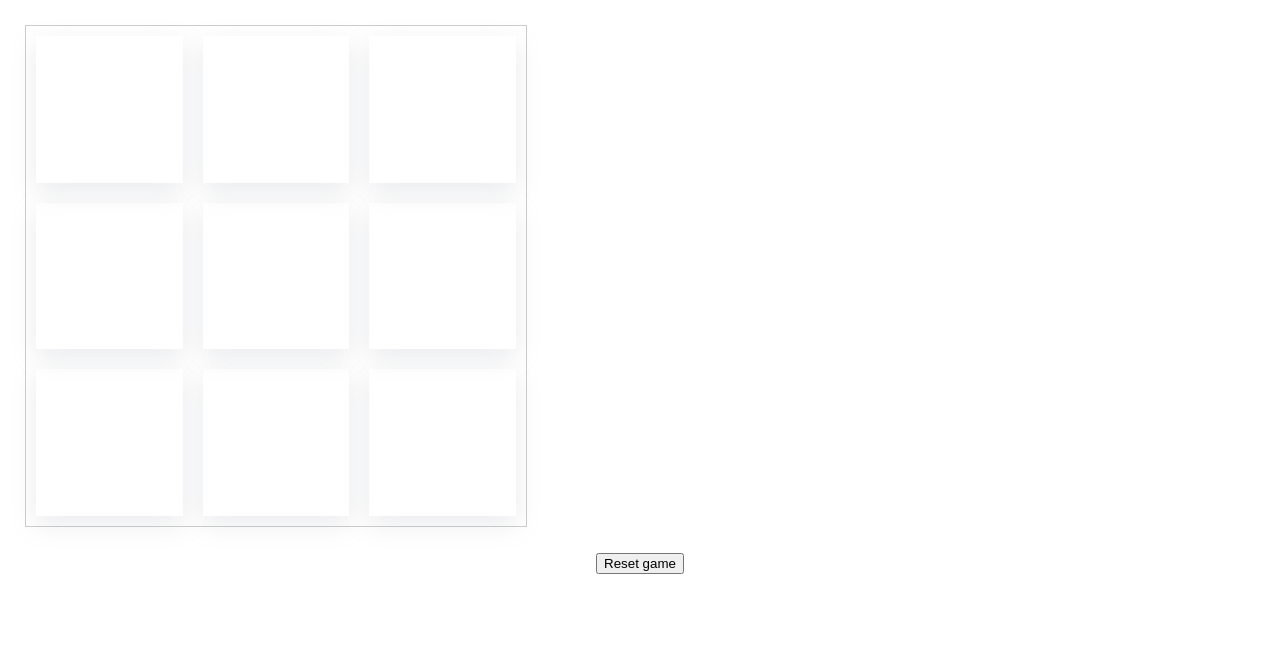
Repository: Phanvangiu/Tictactoe
Page: / (app in tictactoe/)
The author's editor kept a copy of each file at every save. The page is drawn from the files as they stood at one save, then again after the next save.
The browser window is 1280 px wide. The pictures show the whole page.
The project was rebuilt for these pictures with package versions that can differ from the ones it lists, and the page was loaded fresh each time.

Above is the page before, as saved 2023-10-11 10:18:36.

After the next save:
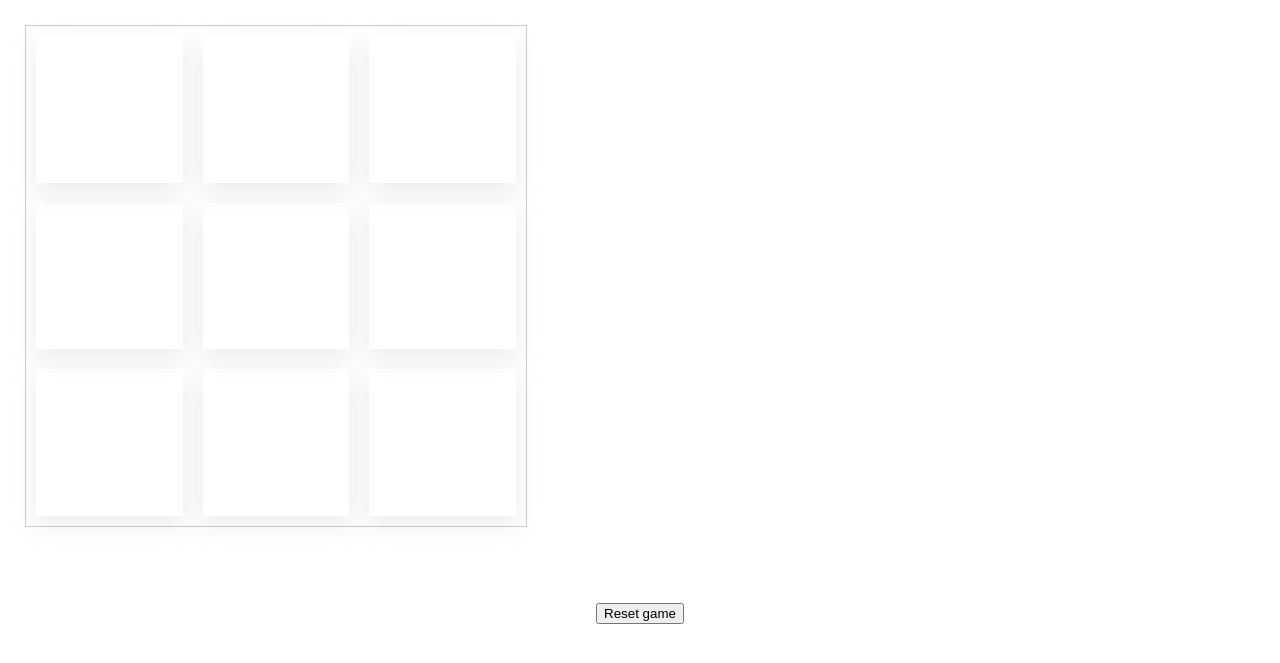
Saved 35 s later.
--- a/tictactoe/src/Cgame/GameStyle.css
+++ b/tictactoe/src/Cgame/GameStyle.css
@@ -22,3 +22,6 @@
 .game-cell.is-x {
   color: red;
 }
+.game-winner {
+  padding: 25px;
+}
